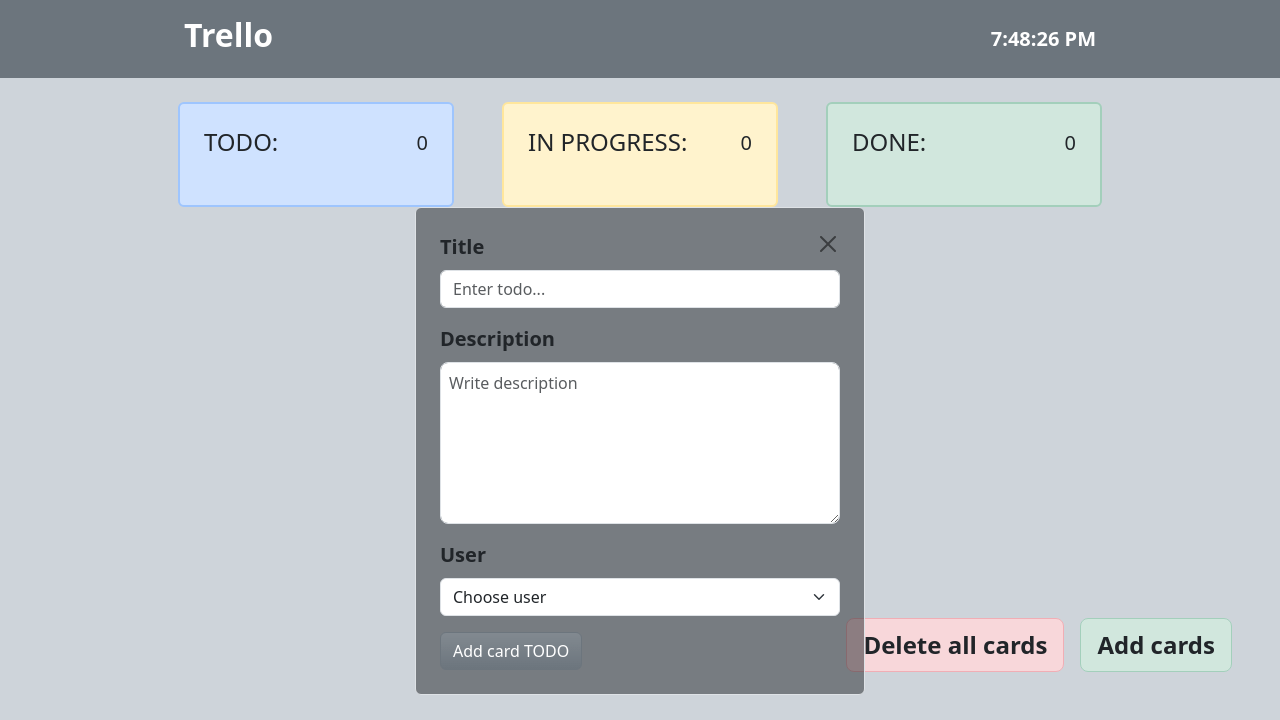
Repository: Valeria154/trello-app-clone
Page: / (app in trello-app-project/)
The author's editor kept a copy of each file at every save. The page is drawn from the files as they stood at one save, then again after the next save.
The browser window is 1280 px wide. The pictures show the whole page.
After loading, the first visible `#addCardBtn` was clicked once.
The project was rebuilt for these pictures with package versions that can differ from the ones it lists, and the page was loaded fresh each time. Also part of the build but not shown: trello-app-project/vite.config.js.

Above is the page before, as saved 2025-03-15 20:49:23.

### trello-app-project/src/index.html
<!doctype html>
<html lang="en">

<head>
	<meta charset="UTF-8" />
	<meta name="viewport" content="width=device-width, initial-scale=1.0" />
	<title>Trello</title>
	<script type="module" src="./main.js"></script>
</head>

<body class="bg-dark-subtle">
	<header class="bg-secondary p-3">
		<div class="container d-flex justify-content-between align-items-center mx-autox w-75">
			<h1 class="fs-2 fw-bold text-white">Trello</h1>
			<div class="fs-5 fw-semibold text-white" id="clock"></div>
		</div>
	</header>
	<main class="p-4">
		<div class="container text-center w-75">
			<div class="row align-items-start mb-6 gap-5">
				<!-- TODO -->
				<div class="col border border-primary-subtle border-2 rounded-2 text-dark p-4 bg-primary-subtle">
					<div class="d-flex justify-content-between mb-3">
						<h4>TODO:</h4>
						<div id="todoCount" class="fs-5">0</div>
					</div>
					<div id="todo"></div>
				</div>
				<!-- In progress -->
				<div class="col border border-warning-subtle border-2 rounded-2 text-dark p-4 bg-warning-subtle">
					<div class="d-flex justify-content-between mb-3">
						<h4>IN PROGRESS:</h4>
						<div id="progressCount " class="fs-5">0</div>
					</div>
					<div id="progress"></div>
				</div>
				<!-- Done -->
				<div class="col border border-success-subtle border-2 rounded-2 text-dark p-4 bg-success-subtle">
					<div class="d-flex justify-content-between mb-3">
						<h4>DONE:</h4>
						<div id="doneCount" class="fs-5">0</div>
					</div>
					<div id="done"></div>
				</div>
			</div>
			<div class="d-grid gap-2 d-md-flex justify-content-md-end position-fixed bottom-0 end-0 p-5">
				<button class="btn btn-lg bg-danger-subtle border-danger-subtle me-md-2 fs-4 fw-semibold" type="button"
					id="deleteAllBtn">Delete all
					cards</button>
				<button id="addCardBtn" class="btn btn-lg bg-success-subtle border-success-subtle fs-4 fw-semibold"
					type="button">Add
					cards</button>
			</div>
			<!-- Modal form -->
			<div id="modalFormContainer" class="d-flex justify-content-center align-items-center" style="z-index: 20">
				<!-- <form class="p-4 border rounded bg-light text-start fw-semibold w-50 position-relative">
					<div class="mb-3">
						<label for="titile" class="form-label fs-5">Title</label>
						<input type="text" class="form-control" id="title" placeholder="Enter todo...">
					</div>
					<div class="mb-3">
						<label for="description" class="form-label fs-5">Description</label>
						<textarea class="form-control p-2 rounded-3" id="description" rows="6"
							placeholder="Write description"></textarea>
					</div>
					<div class="mb-3">
						<label for="user" class="form-label fs-5">User </label>
						<select id="user" class="form-select">
							<option selected value="">Choose user</option>
							<option value="Amelia">Amelia</option>
							<option value="Mary">Mary</option>
							<option value="Thomas">Thomas</option>
							<option value="Harry">Harry</option>
							<option value="Susan">Susan</option>
						</select>
					</div>
					<button type="submit" class="btn btn-primary bg-secondary bg-gradient border-secondary">Add card
						TODO</button>
					<button type="button" class="btn-close position-absolute top-0 end-0 me-4 mt-4"
						aria-label="close"></button>
				</form>
			</div> -->
			</div>
	</main>

</body>

</html>

### trello-app-project/src/main.js
import './style.scss'
// import javascriptLogo from './javascript.svg'
// import viteLogo from '/vite.svg'

const clockElement = document.querySelector('#clock')
const addCardElement = document.querySelector('#addCardBtn')
const modalFormElement = document.querySelector('#modalFormContainer')

//функция, которая отражает часы
function showClock() {
	clockElement.textContent = new Date().toLocaleTimeString()
}
setInterval(showClock, 1000)
showClock()


//открытие модального окна после клика
addCardElement.addEventListener('click', handleClickButtonAddCard)

function handleClickButtonAddCard() {
	toggleModal(modalFormElement)
	modalFormElement.innerHTML = buildModalForm()
}

function toggleModal(modal) {
	modal.classList.toggle('show'); // Переключает класс "show", отвечающий за видимость
}
function buildModalForm() {
	return `
				<form class="p-4 border rounded bg-light text-start fw-semibold w-50 position-relative bg-dark bg-opacity-50">
					<div class="mb-3">
						<label for="title" class="form-label fs-5">Title</label>
						<input type="text" class="form-control" id="title" placeholder="Enter todo...">
					</div>
					<div class="mb-3">
						<label for="description" class="form-label fs-5">Description</label>
						<textarea class="form-control p-2 rounded-3" id="description" rows="6"
							placeholder="Write description"></textarea>
					</div>
					<div class="mb-3">
						<label for="user" class="form-label fs-5">User </label>
						<select id="user" class="form-select">
							<option selected value="">Choose user</option>
							<option value="Amelia">Amelia</option>
							<option value="Mary">Mary</option>
							<option value="Thomas">Thomas</option>
							<option value="Harry">Harry</option>
							<option value="Susan">Susan</option>
						</select>
					</div>
					<button type="submit" class="btn btn-primary bg-secondary bg-gradient border-secondary">Add card TODO</button>
					<button type="button" class="btn-close position-absolute top-0 end-0 me-4 mt-4" aria-label="close"></button>
				</form>
	`

}

Loaded but not shown: trello-app-project/src/style.scss (common file)

After the next save:
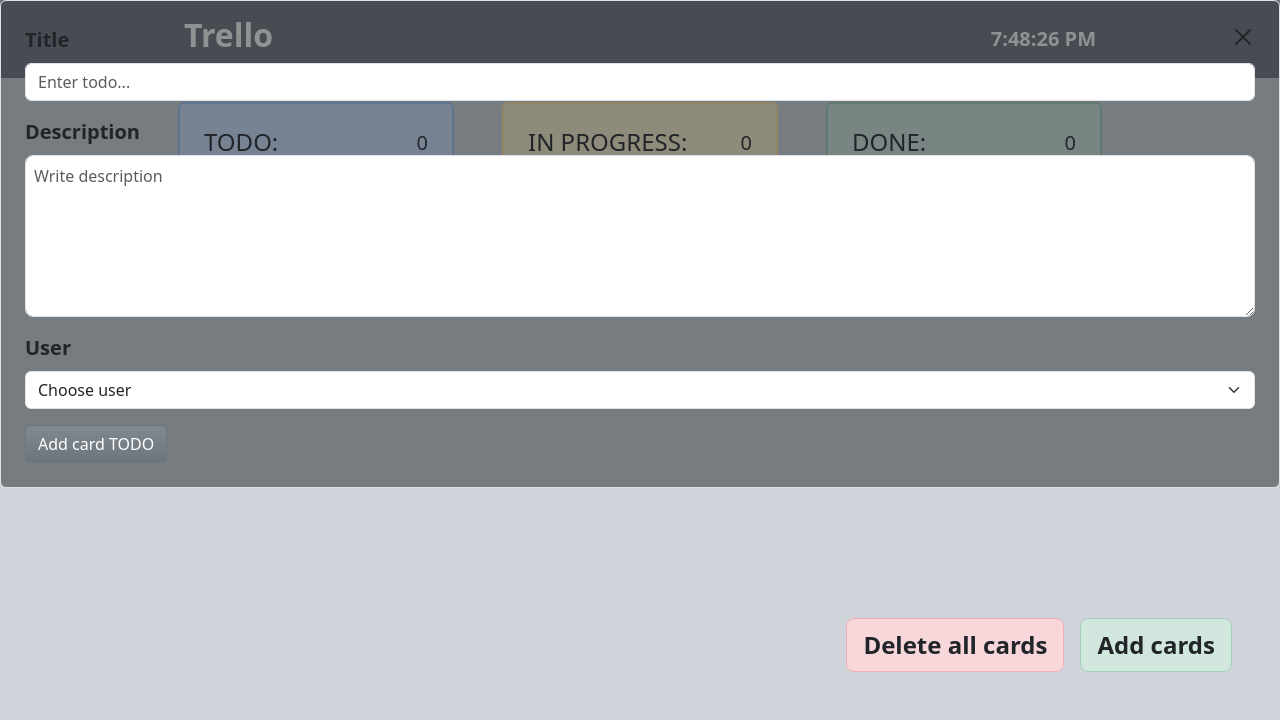
Saved 7 s later.
--- a/trello-app-project/src/main.js
+++ b/trello-app-project/src/main.js
@@ -27,7 +27,7 @@
 }
 function buildModalForm() {
 	return `
-				<form class="p-4 border rounded bg-light text-start fw-semibold w-50 position-relative bg-dark bg-opacity-50">
+				<form class="p-4 border rounded bg-light text-start fw-semibold w-50 position-fixed top-0 start-0 w-100 p-4 bg-dark bg-opacity-50">
 					<div class="mb-3">
 						<label for="title" class="form-label fs-5">Title</label>
 						<input type="text" class="form-control" id="title" placeholder="Enter todo...">
